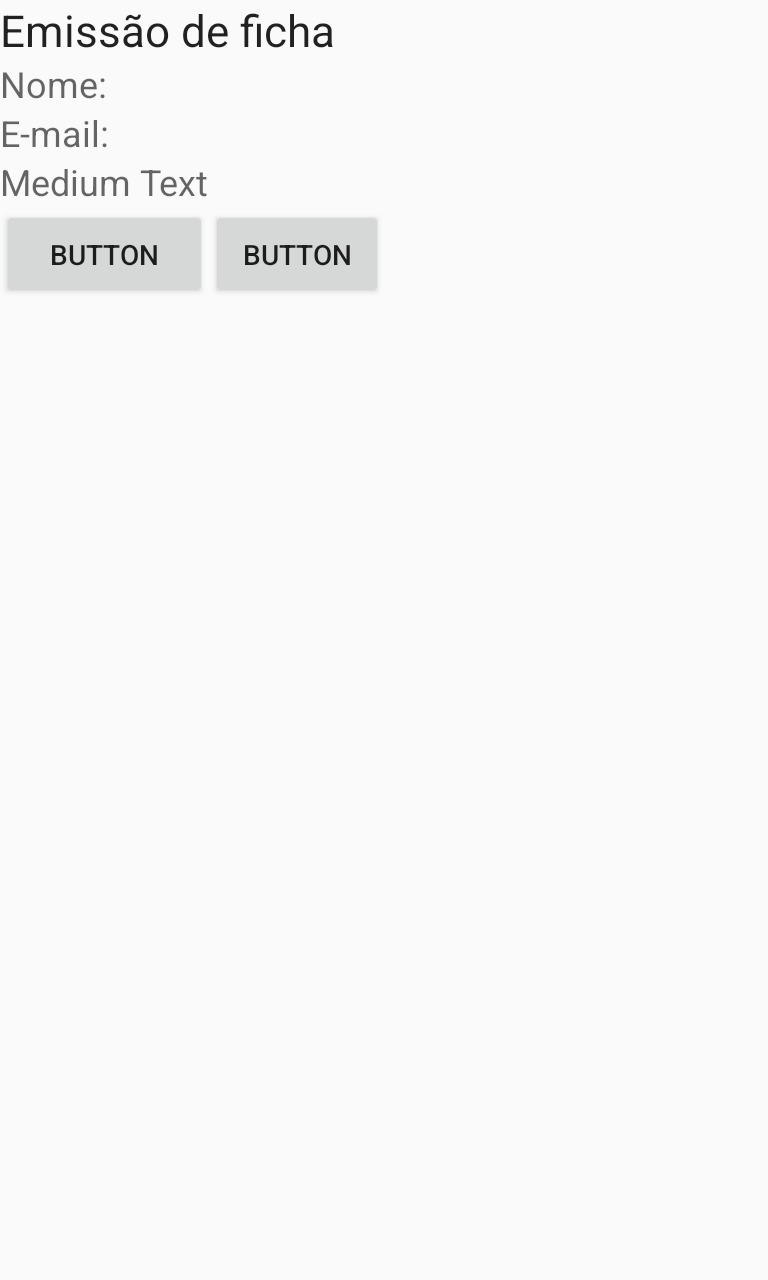
Repository: StefanoAraujo/MiniCurso.Android.Basico.Cadastro
Layout: Clientes/res/layout/activity_form.xml
An editor plug-in stored every save of this project. The layout is shown before and after the next save, followed by the edit.
It is drawn on a 768 x 1280 px phone screen (xhdpi) without system bars, with theme AppTheme; the app's code is not run.

Above is the layout before, as saved 2015-03-01 18:25:38.

After the next save:
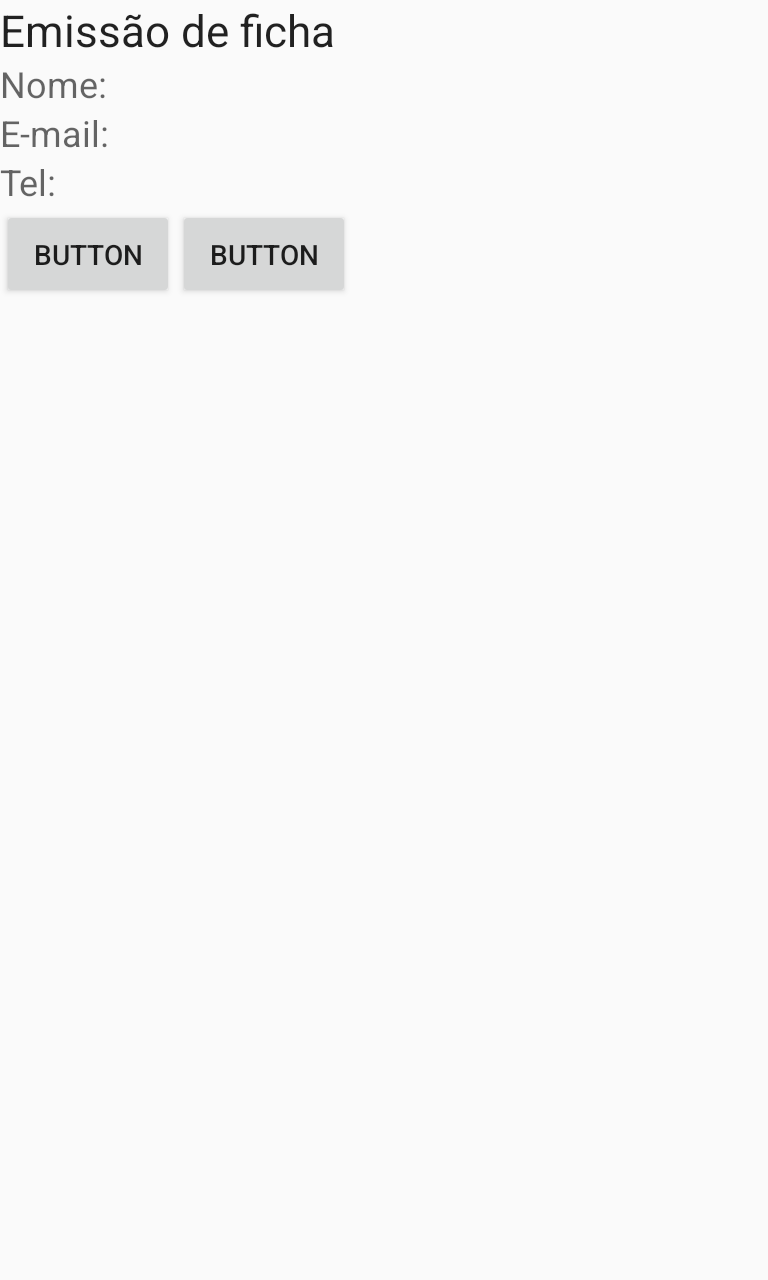
Saved 17 s later.
--- a/Clientes/res/layout/activity_form.xml
+++ b/Clientes/res/layout/activity_form.xml
@@ -50,10 +50,10 @@
             android:layout_height="wrap_content" >
 
             <TextView
-                android:id="@+id/textView4"
+                android:id="@+id/textViewTel"
                 android:layout_width="wrap_content"
                 android:layout_height="wrap_content"
-                android:text="Medium Text"
+                android:text="Tel:"
                 android:textAppearance="?android:attr/textAppearanceMedium" />
 
         </TableRow>
